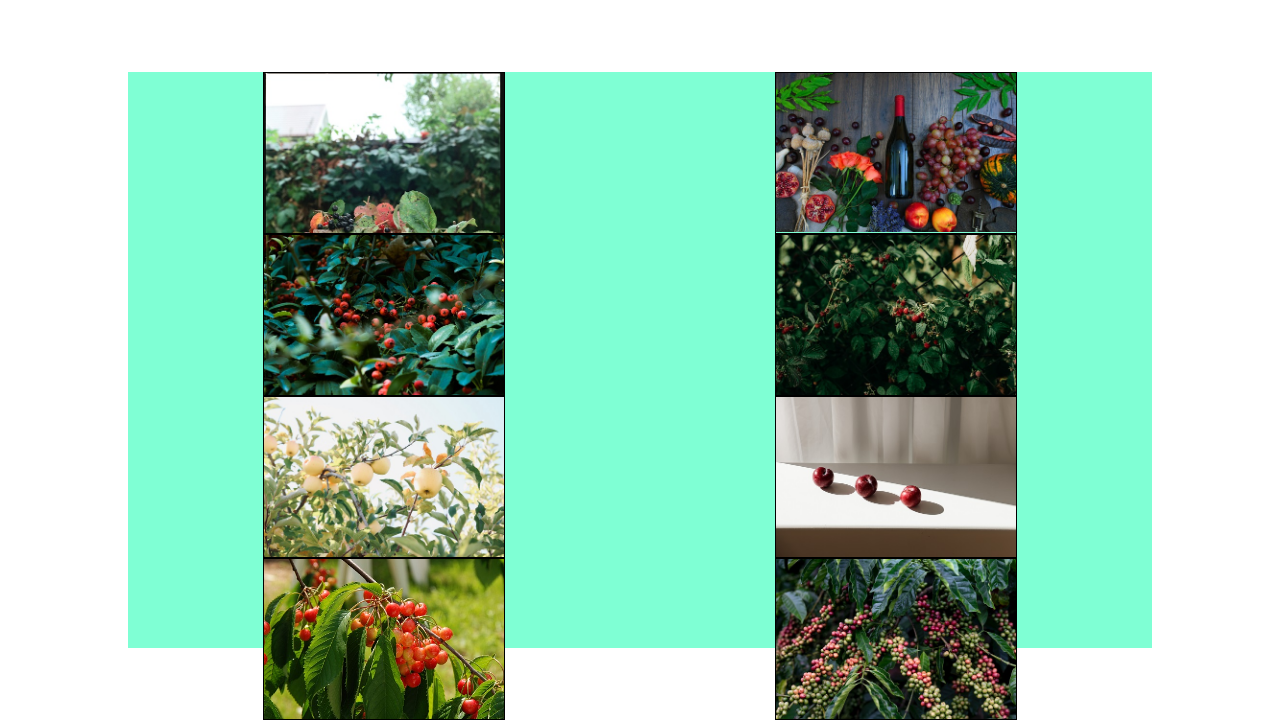
Repository: lidkaa/devTasks
Page: 0. Zadania Testowe/zadania/FlexboxCentered.html
The author's editor kept a copy of each file at every save. The page is drawn from the files as they stood at one save, then again after the next save.
The browser window is 1280 px wide. The pictures show the whole page.

Above is the page before, as saved 2022-01-31 14:22:55.

After the next save:
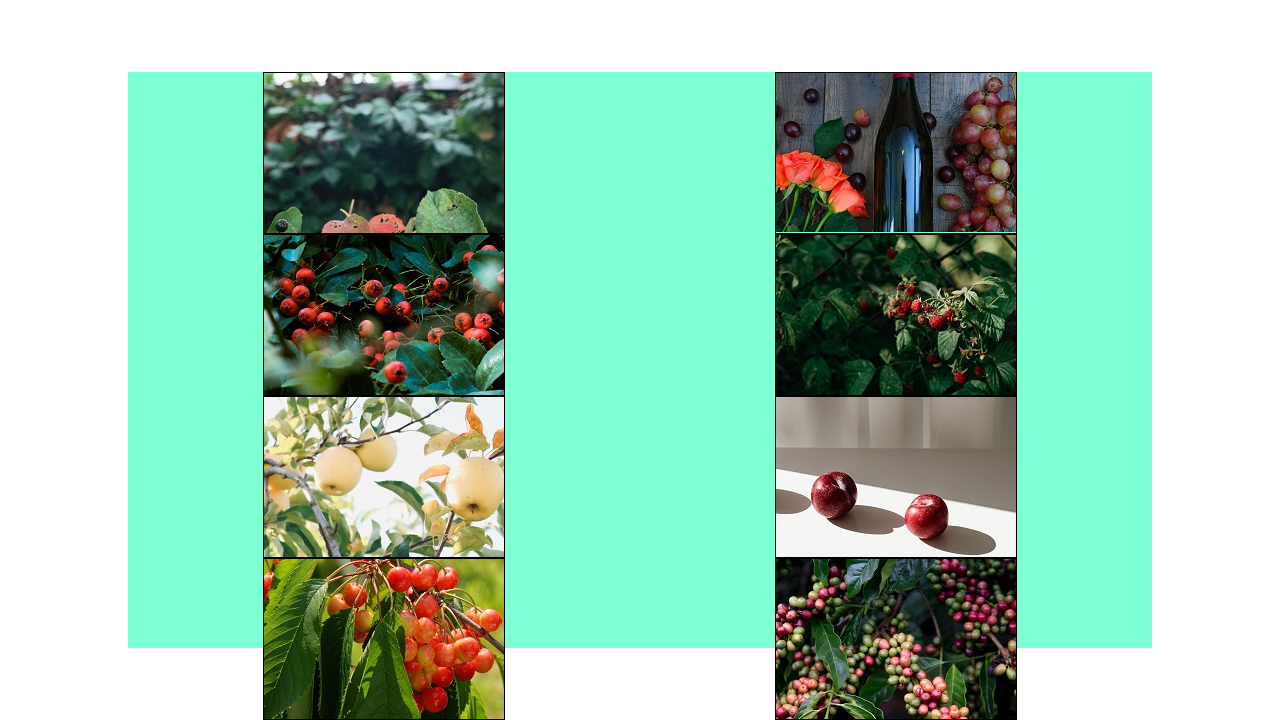
Saved 32 s later.
--- a/0. Zadania Testowe/zadania/flexboxcentered.css
+++ b/0. Zadania Testowe/zadania/flexboxcentered.css
@@ -35,5 +35,5 @@
 img {
     max-width: 100%;
     /* height: auto; */
-    object-fit: fill;
+    object-fit: none;
   }

After the 2 saves that followed:
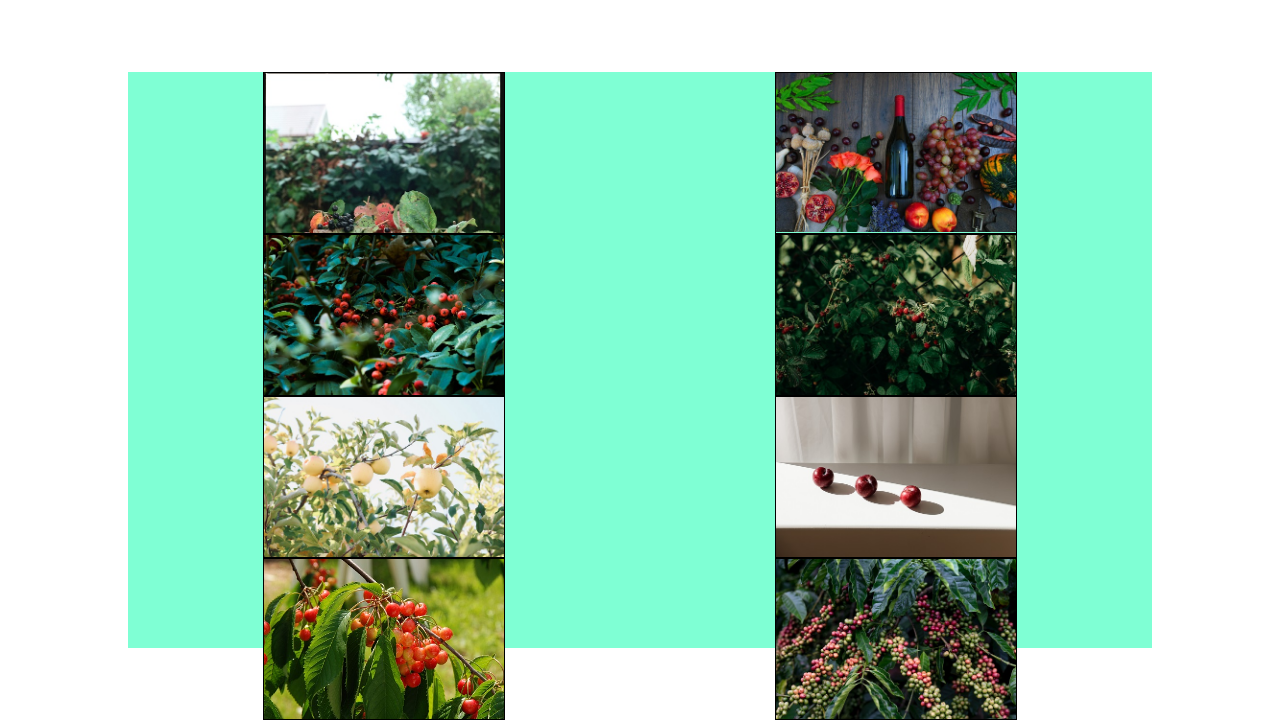
The 2 saves are shown as one change because 1 left the picture as it was.
The last was saved 5 min 9 s later.
--- a/0. Zadania Testowe/zadania/flexboxcentered.css
+++ b/0. Zadania Testowe/zadania/flexboxcentered.css
@@ -34,6 +34,6 @@
 
 img {
     max-width: 100%;
-    /* height: auto; */
-    object-fit: none;
+    height: auto;
+    object-fit: cover;
   }
